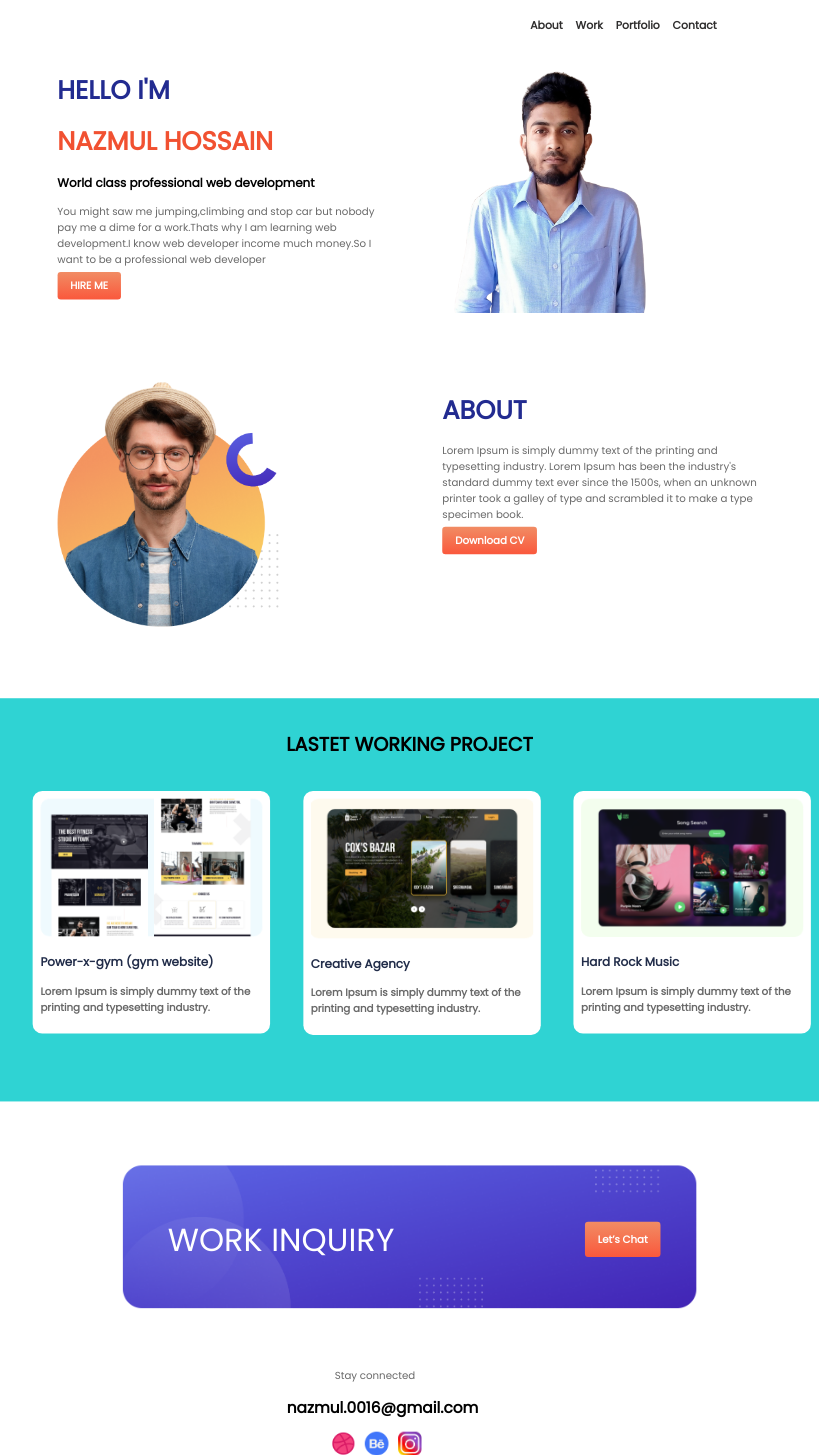
Repository: nazmulice/assignment_portfolio
Page: index.html
An editor plug-in stored every save of this project. The page is shown before and after a run of saves, followed by the edit.
The browser window is 1280 px wide. The pictures show the whole page, at 64% of full size.

Above is the page before, as saved 2023-02-17 16:57:26.

After the next 2 saves:
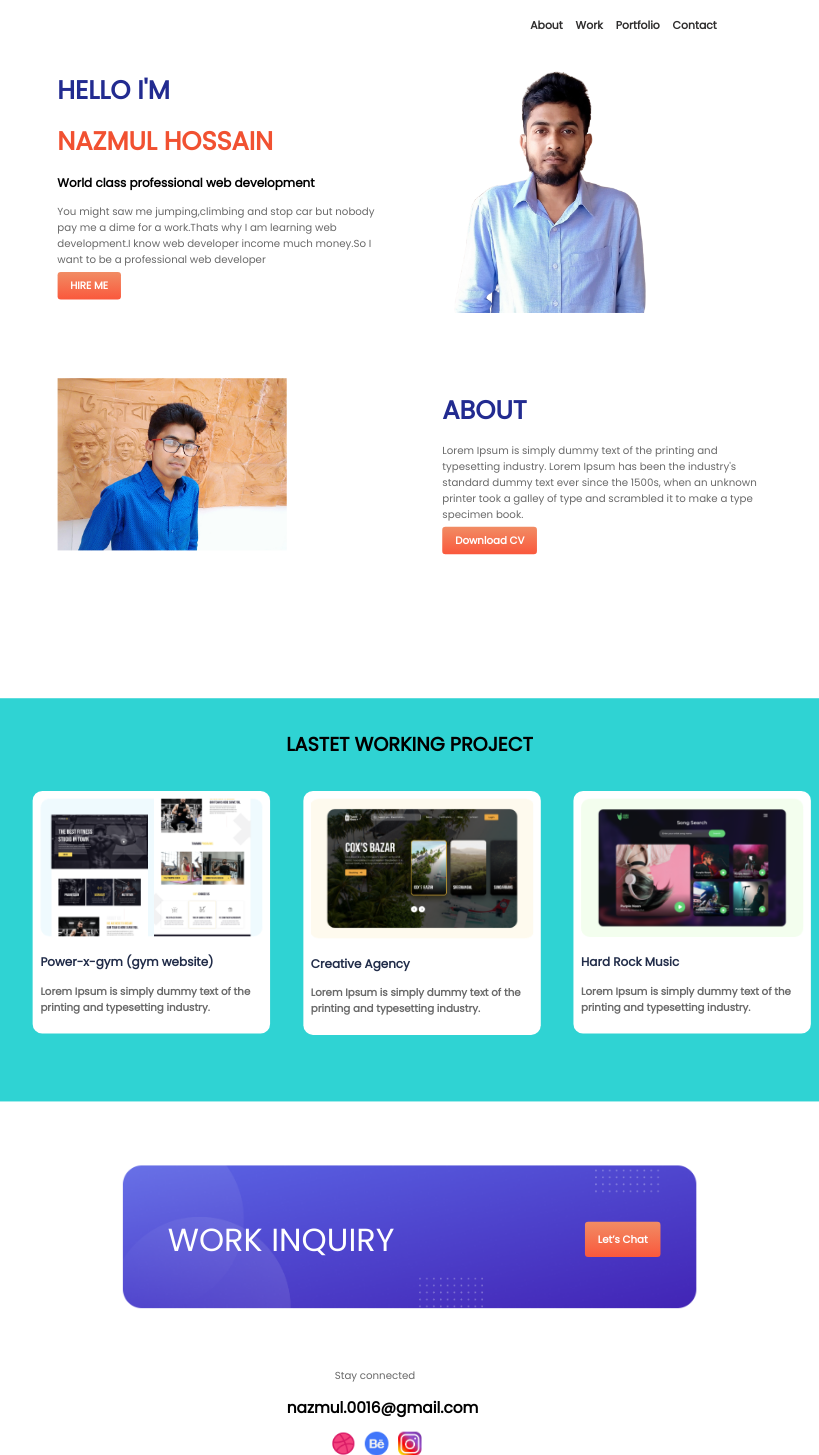
The 2 saves are shown as one change because they came seconds apart.
The last was saved 4 min 3 s later.
--- a/index.html
+++ b/index.html
@@ -49,7 +49,7 @@
 
     <section>
       <div class="half-width">
-        <img src="image/pro3.png" alt="profile" />
+        <img src="image/pro5.jpg" alt="profile" />
       </div>
       <div class="half-width">
         <h1><span class="heighli">ABOUT</span></h1>
